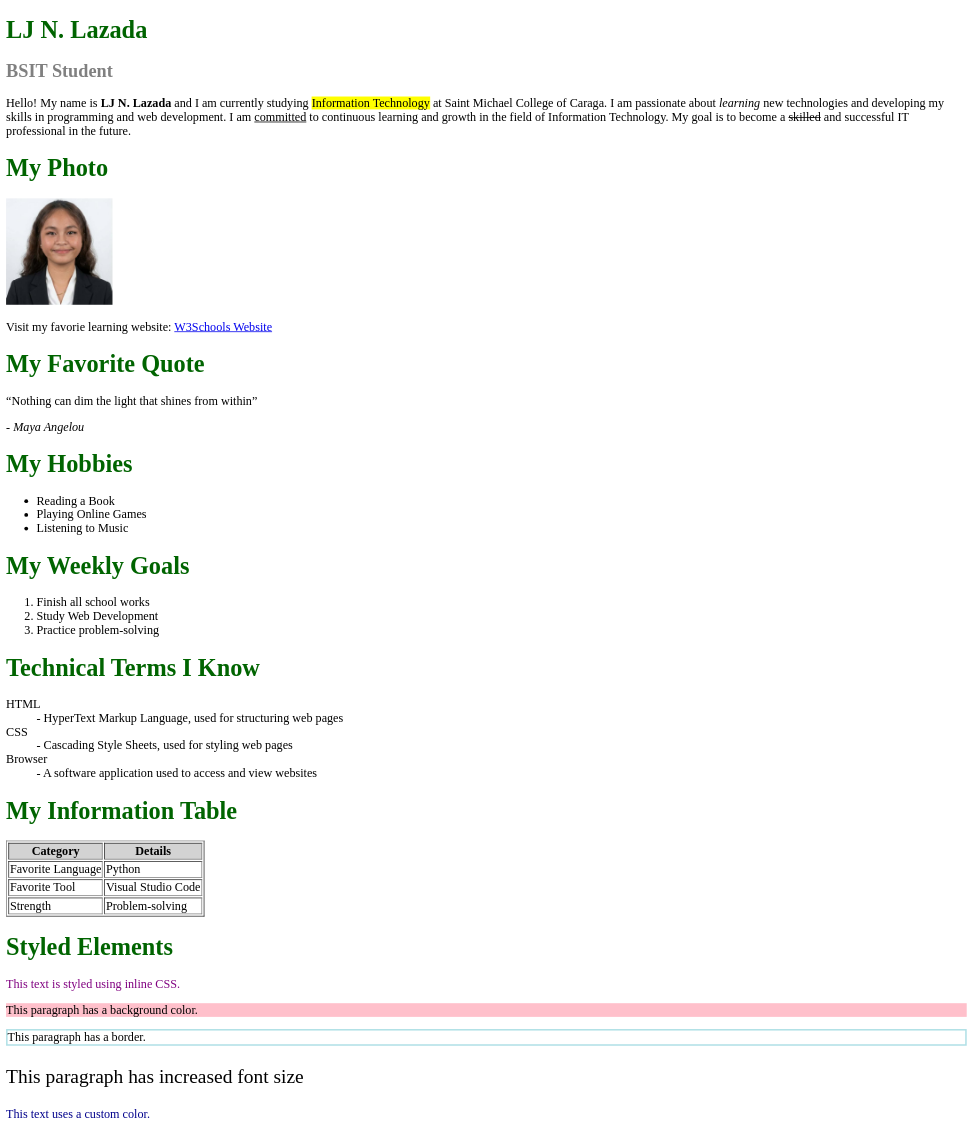
Repository: ljlazada11/myfirsthtml
Page: index.html
An editor plug-in stored every save of this project. The page is shown before and after the next save, followed by the edit.
The browser window is 1280 px wide. The pictures show the whole page, at 76% of full size.

Above is the page before, as saved 2026-06-24 21:14:44.

### index.html
<!DOCTYPE html>
<html lang="en">
<head>
    <meta charset="UTF-8">
    <meta name="viewport" content="width=device-width, initial-scale=1.0">
    <title>My Personal Web Profile</title>
    <link rel="icon" type="image/x-icon" href="images.png">

</head>
<body>
    <h1 style="color:darkgreen;">LJ N. Lazada</h1>
    <h2 style="color:gray;">BSIT Student</h2>
    <p>Hello! My name is <strong>LJ N. Lazada</strong> and I am currently studying <mark>Information Technology</mark> at Saint Michael College of Caraga. I am passionate about <i>learning</i> new technologies and developing my skills in programming and web development. I am <ins>committed</ins> to continuous learning and growth in the field of Information Technology. My goal is to become a <del>skilled</del> and successful IT professional in the future.</p>
</body>
    <h1 style="color:darkgreen;">My Photo</h1>
    <img src="pic.jpg" alt="My	Profile	Picture" width="140" height="140">
    <p> Visit my favorie learning website: <a href="https://www.w3schools.com/html/default.asp" target="_blank">W3Schools	Website</a></p>

<body>
    <h1 style="color:darkgreen;">My Favorite Quote</h1>
    <p><q>Nothing can dim the light that shines from within</q></p>
    <p><cite>- Maya Angelou</cite></p>
</body>
    <h1 style="color:darkgreen">My Hobbies</h1>
    <ul>
        <li>Reading a Book</li>
        <li>Playing Online Games</li>
        <li>Listening to Music</li>
    </ul>
</body>
    <h1 style="color:darkgreen">My Weekly Goals</h1>
    <ol>
        <li>Finish all school works</li>
        <li>Study Web Development</li>
        <li>Practice problem-solving</li>
    </ol>
<body>
    <h1 style="color:darkgreen">Technical Terms I Know</h1>
    <dl>
        <dt>HTML</dt>
        <dd>- HyperText Markup Language, used for structuring web pages</dd>
        <dt>CSS</dt>
        <dd>- Cascading Style Sheets, used for styling web pages</dd>
        <dt>Browser</dt>
        <dd>- A software application used to access and view websites</dd>
    </dl>
</body>
    <h1 style="color:darkgreen">My Information Table</h1>
<table border="1">
    <tr>
        <th style="background-color:lightgray;">Category</th>
        <th style="background-color:lightgray;">Details</th>
    </tr>
    <tr>
        <td>Favorite Language</td>
        <td>Python</td>
    </tr>
    <tr>
        <td>Favorite Tool</td>
        <td>Visual Studio Code</td>
    </tr>
    <tr>
        <td>Strength</td>
        <td>Problem-solving</td>
    </tr>
</table>
<body>
    <h1 style="color:darkgreen">Styled Elements</h1>
    <p style="color:purple;">This text is styled using inline CSS.</p>
    <p style="background-color:pink;">This paragraph has a background color.</p>
    <p style="border: 2px solid powderblue;">This paragraph has a border.</p>
    <p style="color: black; font-family: san serif; font-size: 160%;">This paragraph has increased font size</p>
    <p style="color: darkblue;">This text uses a custom color.</p>
</body>


</html>

After the next save:
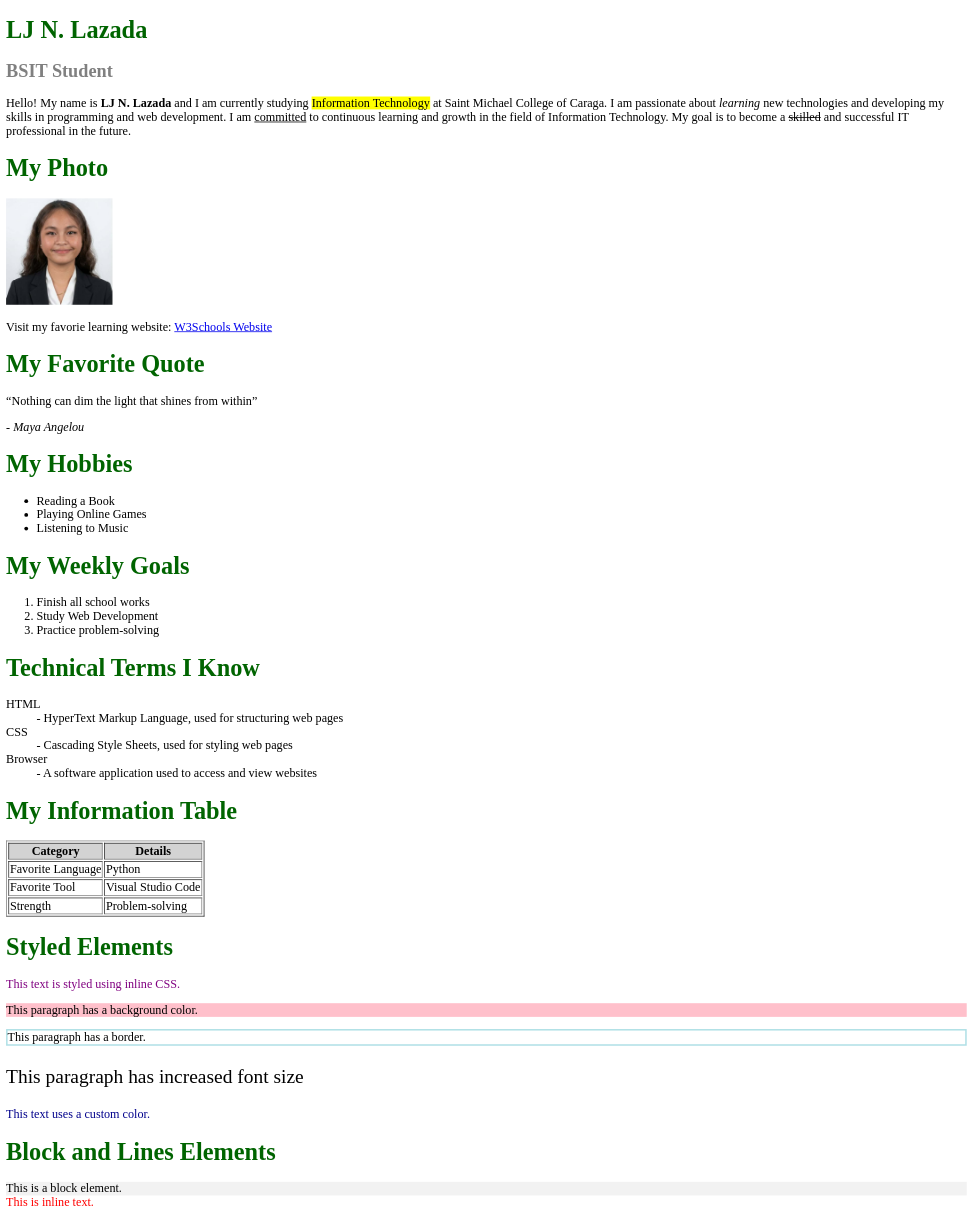
Saved 115 s later.
--- a/index.html
+++ b/index.html
@@ -72,6 +72,11 @@
     <p style="color: black; font-family: san serif; font-size: 160%;">This paragraph has increased font size</p>
     <p style="color: darkblue;">This text uses a custom color.</p>
 </body>
+    <h1 style="color:darkgreen;">Block and Lines Elements</h1>
+    <div style="background:#f2f2f2;">This	is	a	block	element.</div>
+    <span style="color:red;">This	is	inline	text.</span>
+
+
 
 
 </html>
